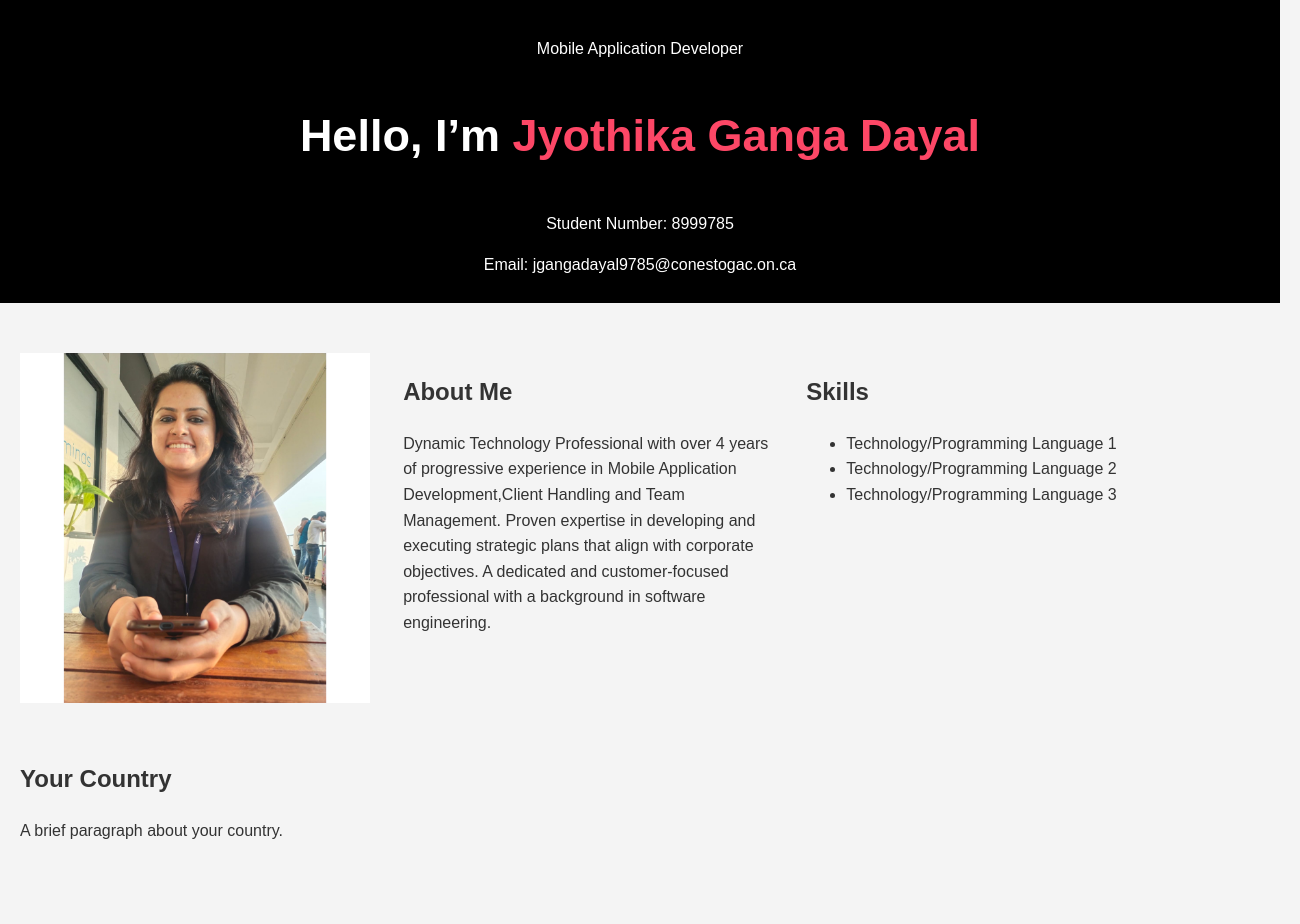
Repository: jyothika123/portfolio
Page: index.html
These files come from the project's save history. The page is drawn as it stood at one moment and after the next save; the edit follows.
The browser window is 1280 px wide. The page is 1300 px wide, so the pictures cover 1300 px, including what lies to the right of the window. The pictures show the part of the page from y = 0 to 924 px (the page is 1320 px tall).
Pictures or frames that could not be fetched are drawn as grey boxes.

Above is the page before, as saved 2024-09-22 16:02:02.

### index.html
<!DOCTYPE html>
<html lang="en">
<head>
    <meta charset="UTF-8">
    <meta name="viewport" content="width=device-width, initial-scale=1.0">
    <link rel="stylesheet" href="css/style.css">
    <title>Jyothika Ganga Dayal</title>
</head>
<body>
    <header>
        <div class="content">
            <br>
            <span class="title">Mobile Application Developer</span>
            <h1>Hello, I’m <span>Jyothika Ganga Dayal</span></h1>
            <p>Student Number: 8999785</p>
            <p>Email: jgangadayal9785@conestogac.on.ca</p>
        </div>
    </header>
    <main>
        <section class="box">
            <section class="bio">
                <div>
                    <img src="images/image.PNG" alt="A photo representing me" class="profile">
                </div>
                <div>
                    <h2>About Me</h2>
                    <p>Dynamic Technology Professional with over 4 years of progressive experience
                        in Mobile Application Development,Client Handling and Team Management. Proven
                        expertise in developing and executing strategic plans that align with
                        corporate objectives. A dedicated and customer-focused professional with a
                        background in software engineering. </p>
                </div>

            </section>
            <section>
                <h2>Skills</h2>
                <ul>
                    <li>Technology/Programming Language 1</li>
                    <li>Technology/Programming Language 2</li>
                    <li>Technology/Programming Language 3</li>
                </ul>
            </section>
            <section class="country">
                <h2>Your Country</h2>
                <p>A brief paragraph about your country.</p>
                <iframe width="560" height="315" src="https://www.youtube.com/embed/your_video_id"
                        title="Interesting video about me/country/skills"
                        frameborder="0" allowfullscreen></iframe>
            </section>
        </section>
    </main>
    <aside>

    </aside>
    <footer>
        <p>&copy; 2024 Your Name. All rights reserved.</p>
    </footer>
</body>
</html>

### css/style.css


body {
    font-family: Arial, sans-serif;
    line-height: 1.6;
    margin: 0;
    padding: 0;
    color: #333;
    background-color: #f4f4f4;
}

header {
    background: #000000;
    color: #fff;
    padding: 10px;
    text-align: center;
}

main {
    display: flex;
    justify-content: space-between;
    padding: 20px;
}

.bio {
    display: grid;
    grid-template-columns: 1fr 1fr;
    gap:10px;
}

.country {
    flex: 3;
}

aside {
    background: #E9ECEF;
    padding: 20px;
    flex: 1;
}

footer {
    background: #007BFF;
    color: #fff;
    text-align: center;
    padding: 10px ;
    position: relative;
    bottom: 0;
    width: 100%;
}

.profile{
    width:350px;
    height: 350px;
}

.content h1 {
    color: #ffffff;
    font-size: 45px;
    font-weight: 900;
    line-height: 90px;
    text-transform: inherit;
    width: 100%;
  }
  .content h1 span {
    color: #fd4766;
  }
  .content p {
    width: 100%;
    color: #ffffff;
    margin-top: 5px;
    margin-bottom: 15px;
  }
  .box{
    margin-top: 30px;
    display: grid;
    grid-template-columns: 2.5fr 1.5fr;
    gap:30px;
  }

After the next save:
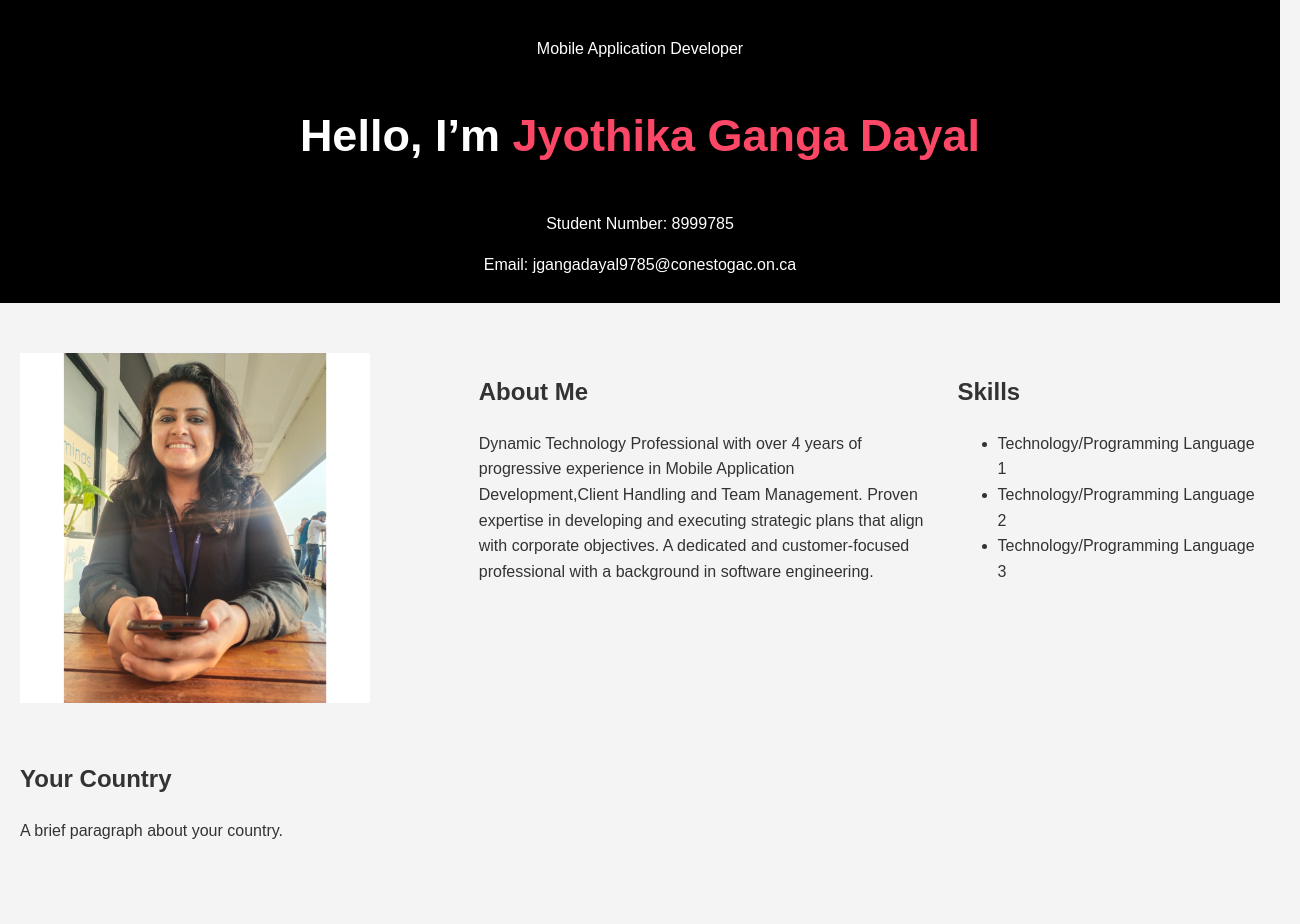
Saved 12 min 11 s later.
--- a/css/style.css
+++ b/css/style.css
@@ -73,6 +73,6 @@ footer {
   .box{
     margin-top: 30px;
     display: grid;
-    grid-template-columns: 2.5fr 1.5fr;
+    grid-template-columns: 3fr 1fr;
     gap:30px;
   }
